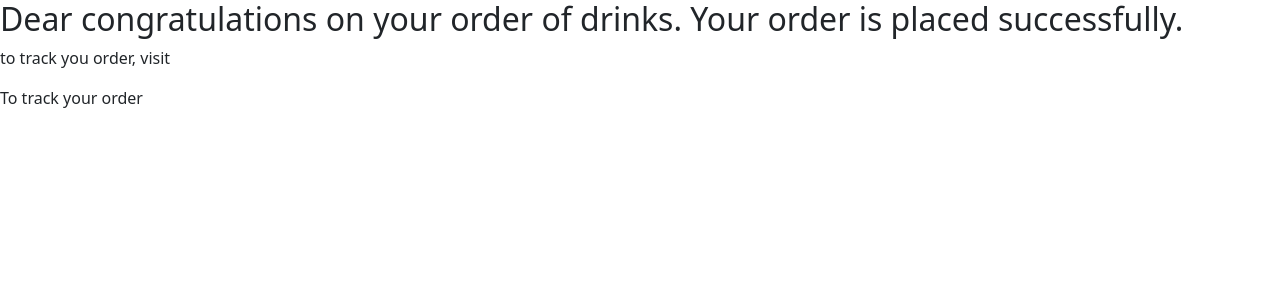
Repository: Flatbook/sliced_bread
Page: templates/confirm.html
These files come from the project's save history. The page is drawn as it stood at one moment and after the next save; the edit follows.
The browser window is 1280 px wide. The pictures show the whole page.
Some web libraries are served in a nearby version. The page is served by the project's application, run on Flask 3 (app.py). Other server files are loaded and not shown. The template is opened directly, without the code that normally fills it, so the values that code supplies are empty.

Above is the page before, as saved 2021-05-16 17:57:41.

### flask_project/templates/confirm.html
{% extends "layout.html" %}
{% block content %}

<h3 class ="fs-2"> Dear
{{ form.name.data }} congratulations on your order of
{{ form.total.data }} drinks. Your order is placed successfully.
</h3>
<p>to track you order, visit</p>

<p>To track your order <a href= "/checkout.html"></a></p>

{% endblock %}

### flask_project/templates/layout.html
<!DOCTYPE html>
<html lang="en">
<head>
    <meta charset="UTF-8">
    <meta http-equiv="X-UA-Compatible" content="IE=edge">
    <meta name="viewport" content="width=device-width, initial-scale=1.0">
    <!-- <link rel = "stylesheet" href="{{ url_for('static', filename='css/main.css') }}"> -->
    <link href="https://cdn.jsdelivr.net/npm/bootstrap@5.0.1/dist/css/bootstrap.min.css" rel="stylesheet" integrity="sha384-+0n0xVW2eSR5OomGNYDnhzAbDsOXxcvSN1TPprVMTNDbiYZCxYbOOl7+AMvyTG2x" crossorigin="anonymous">
    <title>Greatest Beverage </title>
</head>
<body>
    {% block content %} {% endblock %}

 <!-- Optional JavaScript -->
    <!-- jQuery first, then Popper.js, then Bootstrap JS -->
    <script src="https://code.jquery.com/jquery-3.2.1.slim.min.js" integrity="sha384-KJ3o2DKtIkvYIK3UENzmM7KCkRr/rE9/Qpg6aAZGJwFDMVNA/GpGFF93hXpG5KkN" crossorigin="anonymous"></script>
    <script src="https://cdnjs.cloudflare.com/ajax/libs/popper.js/1.12.9/umd/popper.min.js" integrity="sha384-ApNbgh9B+Y1QKtv3Rn7W3mgPxhU9K/ScQsAP7hUibX39j7fakFPskvXusvfa0b4Q" crossorigin="anonymous"></script>
    <script src="https://maxcdn.bootstrapcdn.com/bootstrap/4.0.0/js/bootstrap.min.js" integrity="sha384-JZR6Spejh4U02d8jOt6vLEHfe/JQGiRRSQQxSfFWpi1MquVdAyjUar5+76PVCmYl" crossorigin="anonymous"></script>
</body>
</html>

### flask_project/app.py
from flask import Flask, render_template,redirect,url_for,flash
from form import checkoutForm
import os
app = Flask(__name__)

imagesFolder = os.path.join('static','images')

app.config['SECRET_KEY'] = "my secret key"
app.config['UPLOAD_FOLDER'] =imagesFolder


drinks =[{
    'title' : 'Sonder Sparkle Mojito',
    'description': 'A bit of sparkle and cheer come together flawlessly in this festive mocktail.'

},
{
    'title': 'French 75 Mocktail',
    'description': 'With the same taste profile of a classic French 75 — think lemon juice and a splash of bitters — this mocktail will energize your evening.'
}
]

@app.route("/")
def home():
    drink2 = os.path.join(app.config['UPLOAD_FOLDER'],'drink2.jpg')
    return render_template('home.html',drinks=drinks,user_image = drink2)


@app.route("/checkout",methods =['GET','POST'])
def checkout():
    name = None
    lname = None
    form = checkoutForm()
    details=[{
        'cx': form.name.data,
        'num':form.total.data
    }]

    if form.validate_on_submit():

        # return 'Dear {}, your order for {} drinks is placed Succesfully.'.format(form.name.data,form.total.data)
        return render_template('confirm.html',name=name,form= form)
    return render_template('checkout.html',form=form,name=name)

    #  #validate form
    # if form.validate_on_submit():
    #     return 'Dear {}, your order for {} drinks is placed Succesfully.'.format(form.name.data,form.total.data)
    # return render_template("checkout.html",
    #  name=name,form = form)




if __name__ == '__main__':
    app.run(debug=True)

After the next save:
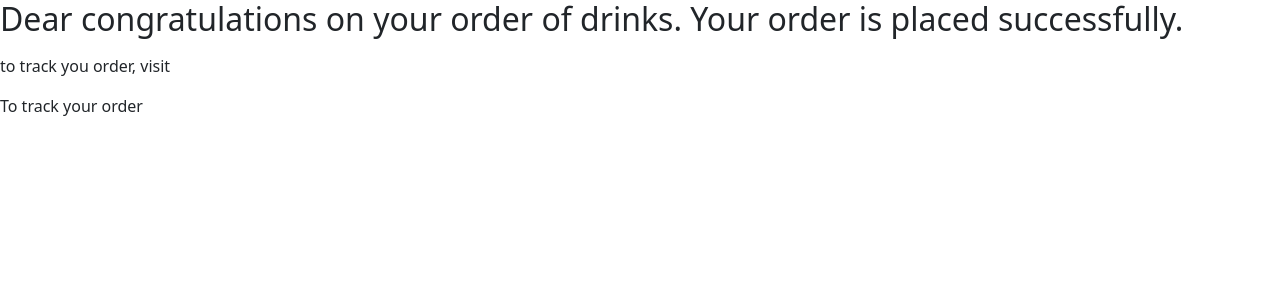
Saved 28 s later.
--- a/flask_project/templates/confirm.html
+++ b/flask_project/templates/confirm.html
@@ -1,10 +1,10 @@
 {% extends "layout.html" %}
 {% block content %}
 
-<h3 class ="fs-2"> Dear
+<p class =" display-4 fs-2"> Dear
 {{ form.name.data }} congratulations on your order of
 {{ form.total.data }} drinks. Your order is placed successfully.
-</h3>
+</p>
 <p>to track you order, visit</p>
 
 <p>To track your order <a href= "/checkout.html"></a></p>
